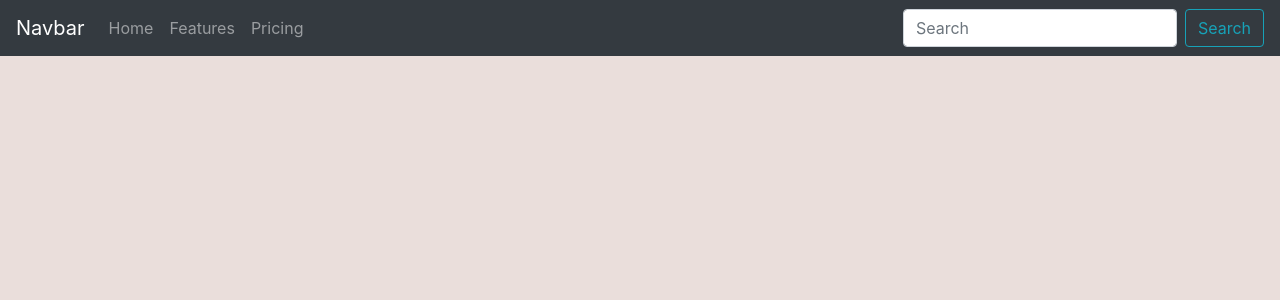
Repository: tts2610/itviec-clone
Page: /
The author's editor kept a copy of each file at every save. The page is drawn from the files as they stood at one save, then again after the next save.
The browser window is 1280 px wide. The pictures show the whole page.
The page's requests for data from a server got no answer. The project was rebuilt for these pictures with package versions that can differ from the ones it lists, and the page was loaded fresh each time. No one was signed in, and anything a server would have sent is missing. Also part of the build but not shown: src/pages/Login.js, src/pages/Detail.js, src/pages/404.js.

Above is the page before, as saved 2020-06-09 11:09:26.

### public/index.html
<!DOCTYPE html>
<html lang="en">

<head>
    <meta charset="utf-8" />
    <link rel="icon" href="%PUBLIC_URL%/favicon.ico" />
    <meta name="viewport" content="width=device-width, initial-scale=1" />
    <meta name="theme-color" content="#000000" />
    <meta name="description" content="Web site created using create-react-app" />
    <link rel="apple-touch-icon" href="%PUBLIC_URL%/logo192.png" />
    <!--
      manifest.json provides metadata used when your web app is installed on a
      user's mobile device or desktop. See https://developers.google.com/web/fundamentals/web-app-manifest/
    -->
    <link rel="manifest" href="%PUBLIC_URL%/manifest.json" />
    <!--
      Notice the use of %PUBLIC_URL% in the tags above.
      It will be replaced with the URL of the `public` folder during the build.
      Only files inside the `public` folder can be referenced from the HTML.

      Unlike "/favicon.ico" or "favicon.ico", "%PUBLIC_URL%/favicon.ico" will
      work correctly both with client-side routing and a non-root public URL.
      Learn how to configure a non-root public URL by running `npm run build`.
    -->
    <title>React App</title>
    <link rel="stylesheet" crossorigin="anonymous" href="https://maxcdn.bootstrapcdn.com/bootstrap/4.3.1/css/bootstrap.min.css" integrity="sha384-ggOyR0iXCbMQv3Xipma34MD+dH/1fQ784/j6cY/iJTQUOhcWr7x9JvoRxT2MZw1T" />
</head>

<body>
    <noscript>You need to enable JavaScript to run this app.</noscript>
    <div id="root"></div>
    <!--
      This HTML file is a template.
      If you open it directly in the browser, you will see an empty page.

      You can add webfonts, meta tags, or analytics to this file.
      The build step will place the bundled scripts into the <body> tag.

      To begin the development, run `npm start` or `yarn start`.
      To create a production bundle, use `npm run build` or `yarn build`.
    -->
</body>

</html>

### src/App.js
import React, { useState } from "react";
import logo from "./logo.svg";
import "./App.css";
import "bootstrap/dist/css/bootstrap.min.css";
import { Switch, Route, Redirect } from "react-router-dom";
import Jobs from "./pages/Jobs";
import Login from "./pages/Login";
import Detail from "./pages/Detail";
import FourOhFourPage from "./pages/404";

function App() {
  const [user, setUser] = useState(true);
  const ProtectedRoute = (props) => {
    if (user === true) {
      return <Route {...props} />;
    } else {
      return <Redirect to="/login" />;
    }
  };

  return (
    <div className="App">
      <Switch>
        <ProtectedRoute
          path="/jobs/:id"
          render={(props) => <Detail {...props} />}
          // component={Detail}
        />
        {/* <Route path="/jobs/:id" component={Detail} /> */}
        <Route path="/jobs" exact={true} component={Jobs} />
        <Route path="/login" component={Login} />
        <Route path="/" exact={true} component={Jobs} />
        <Route path="*" exact={true} component={FourOhFourPage} />
      </Switch>
    </div>
  );
}

export default App;

### src/App.css
.App {
    /* text-align: center; */
    background-color: #eadedb !important;
}

body {
    background-color: #eadedb !important;
}

.App-logo {
    height: 40vmin;
    pointer-events: none;
}

@media (prefers-reduced-motion: no-preference) {
    .App-logo {
        animation: App-logo-spin infinite 20s linear;
    }
}

.App-header {
    background-color: #282c34;
    min-height: 100vh;
    display: flex;
    flex-direction: column;
    align-items: center;
    justify-content: center;
    font-size: calc(10px + 2vmin);
    color: white;
}

.App-link {
    color: #61dafb;
}

@keyframes App-logo-spin {
    from {
        transform: rotate(0deg);
    }
    to {
        transform: rotate(360deg);
    }
}

.desRow div ul li {
    width: 650px;
    text-overflow: ellipsis;
    list-style-type: circle;
}

.detail-content {
    min-height: 550px;
    background-color: white;
}

Container {
    max-width: 50% !important;
}

### src/pages/Jobs.js
import React, { Component, useEffect, useState } from "react";
import axios from "axios";
import {
  Row,
  Col,
  Button,
  Container,
  Navbar,
  Nav,
  Form,
  FormControl,
  Spinner,
} from "react-bootstrap";
import Moment from "react-moment";
import { useHistory, useLocation } from "react-router-dom";
const QUERYSTR_PREFIX = "q";

export default function Jobs() {
  let history = useHistory();
  const [originalList, setoriginalList] = useState([]);
  const [jobList, setJobList] = useState([]);
  const [isLoading, setIsLoading] = useState(true);
  let [keyword, setKeyword] = useState("");

  const handleSearch = (e) => {
    setIsLoading(true);
    let filteredJobs = [];

    e.preventDefault();
    history.push(`/jobs/?${QUERYSTR_PREFIX}=${encodeURIComponent(keyword)}`);

    if (keyword) {
      setoriginalList(jobList);
      filteredJobs = jobList.filter((job) =>
        job.title.toLowerCase().includes(keyword.toLowerCase())
      );
      console.log(filteredJobs);
      setJobList(filteredJobs);
    }
    setTimeout(() => setIsLoading(false), 1000);
  };

  const handleOnChange = (e) => {
    if (e.target.value === "") {
      setIsLoading(true);
      setJobList(originalList);
      history.replace("/jobs/");
      setTimeout(() => setIsLoading(false), 1000);
    }
    setKeyword(e.target.value);
  };

  useEffect(() => {
    // handleSearch();
    axios
      .get(`${process.env.REACT_APP_BACKEND_SERVER_URL}/jobs`)
      .then((res) => {
        const jobs = res.data;
        setJobList(jobs);
      });
    setTimeout(() => setIsLoading(false), 1000);
  }, []);

  return (
    <div>
      <Navbar bg="dark" variant="dark">
        <Navbar.Brand href="#home">Navbar</Navbar.Brand>
        <Nav className="mr-auto">
          <Nav.Link href="#home">Home</Nav.Link>
          <Nav.Link href="#features">Features</Nav.Link>
          <Nav.Link href="#pricing">Pricing</Nav.Link>
        </Nav>
        <Form inline>
          <FormControl
            value={keyword}
            onChange={(e) => handleOnChange(e)}
            type="text"
            placeholder="Search"
            className="mr-sm-2"
          />
          <Button variant="outline-info" onClick={handleSearch}>
            Search
          </Button>
        </Form>
      </Navbar>
      <Container className="jobRows my-5">
        {isLoading ? (
          <div style={{ display: "flex", justifyContent: "center" }}>
            <Spinner
              animation="border"
              role="status"
              // style={{
              //   display: "flex",
              //   justifyContent: "center",
              //   flexDirection: "column",
              // }}
            >
              <span className="sr-only"></span>
            </Spinner>
          </div>
        ) : (
          jobList.map((job, index) => {
            return (
              <Row
                key={index}
                className="mb-5 job"
                onClick={() => history.push(`/jobs/${job.id}`)}
                style={{ cursor: "pointer" }}
              >
                <Col sm={3}>
                  <img src={process.env.PUBLIC_URL + `${job.img}`} alt="" />
                </Col>
                <Col sm={9}>
                  <Row style={{ justifyContent: "space-between" }}>
                    <h1>{job.title}</h1>
                    {job.isHotjob && (
                      <Button variant="warning" className="mr-3">
                        Hot job
                      </Button>
                    )}
                  </Row>
                  <Row>
                    <h2>${job.salary}</h2>
                  </Row>
                  <Row
                    className="desRow"
                    style={{ justifyContent: "space-between" }}
                  >
                    <div>
                      <ul>
                        {job.description.split(". ").map((des, index) => {
                          return <li key={index}>{des}</li>;
                        })}
                      </ul>
                    </div>

                    <div
                      className="mr-3"
                      style={{
                        display: "flex",
                        flexDirection: "column",
                        alignItems: "flex-end",
                      }}
                    >
                      <div>{job.city}</div>
                      <div>district {job.district}</div>
                    </div>
                  </Row>
                  <Row style={{ justifyContent: "space-between" }}>
                    <div>
                      {job.tags.map((tag, index) => (
                        <Button className="ml-3" key={index} variant="danger">
                          {tag}
                        </Button>
                      ))}
                    </div>

                    <div className="mr-3">
                      <Moment fromNow>{job.time}</Moment>
                    </div>
                  </Row>
                </Col>
              </Row>
            );
          })
        )}
      </Container>
    </div>
  );
}

Loaded but not shown: src/index.js (common file); src/index.css (common file); src/serviceWorker.js (common file)

After the next save:
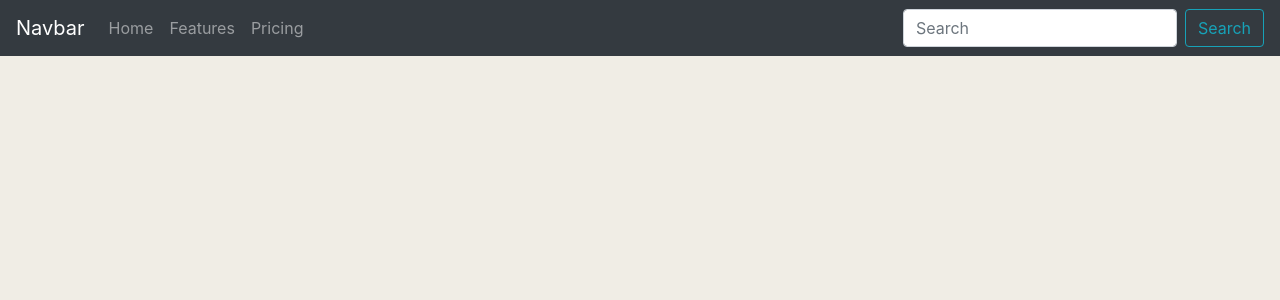
Saved 35 s later.
--- a/src/App.css
+++ b/src/App.css
@@ -1,10 +1,10 @@
 .App {
     /* text-align: center; */
-    background-color: #eadedb !important;
+    background-color: #f0ede5 !important;
 }
 
 body {
-    background-color: #eadedb !important;
+    background-color: #f0ede5 !important;
 }
 
 .App-logo {
